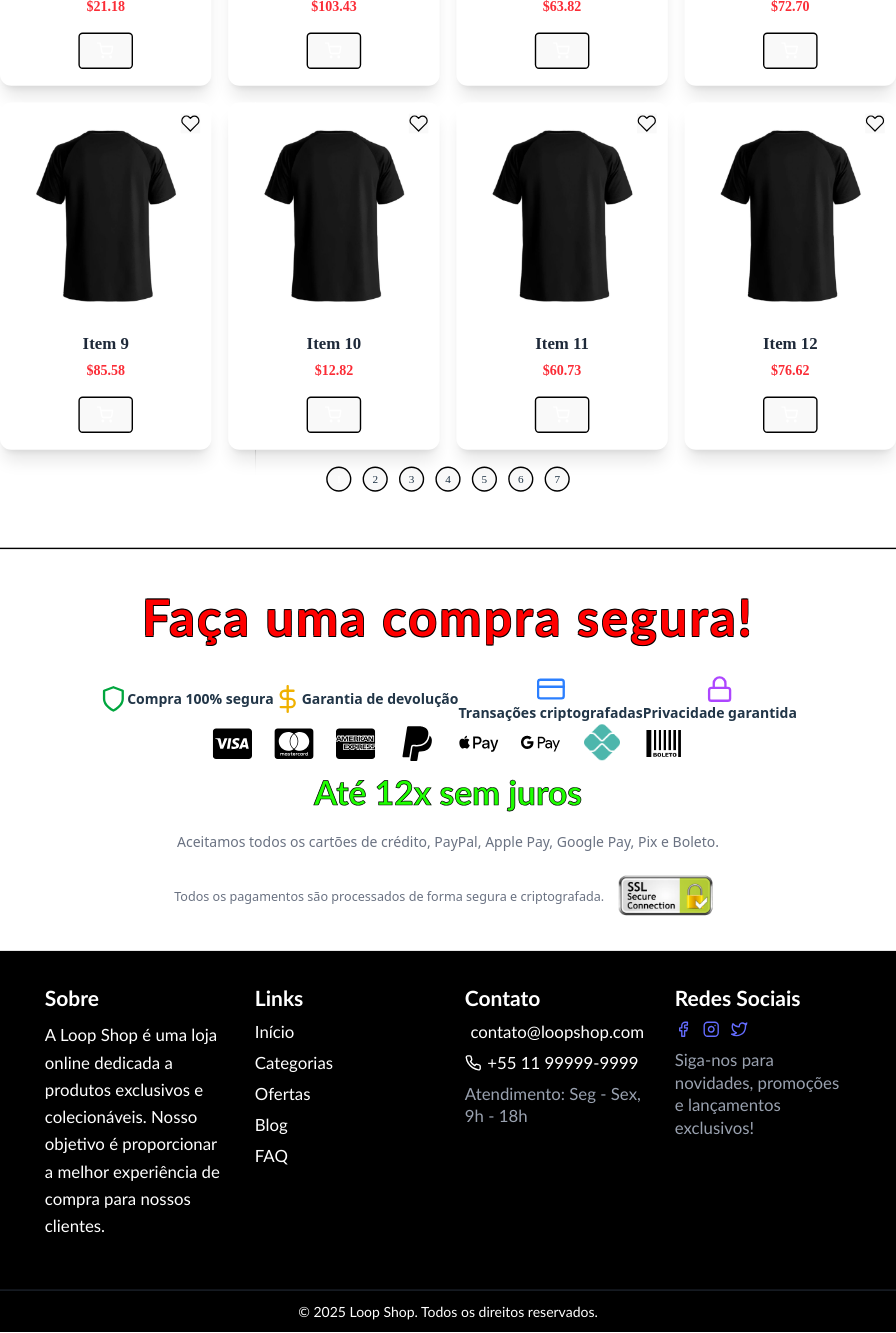
Repository: Kevin-Pro-Codes/looping-e-commerce
Page: / (app in loop-client/)
These files come from the project's save history. The page is drawn as it stood at one moment and after the next save; the edit follows.
The browser window is 1280 px wide. The pictures show the part of the page from y = 1408 to 3328 px (the page is 3312 px tall before and 3328 px after), at 70% of full size.
The project was rebuilt for these pictures with package versions that can differ from the ones it lists, and the page was loaded fresh each time. Also part of the build but not shown: loop-client/vite.config.js.

Above is the page before, as saved 2025-10-02 19:15:11.

After the next save:
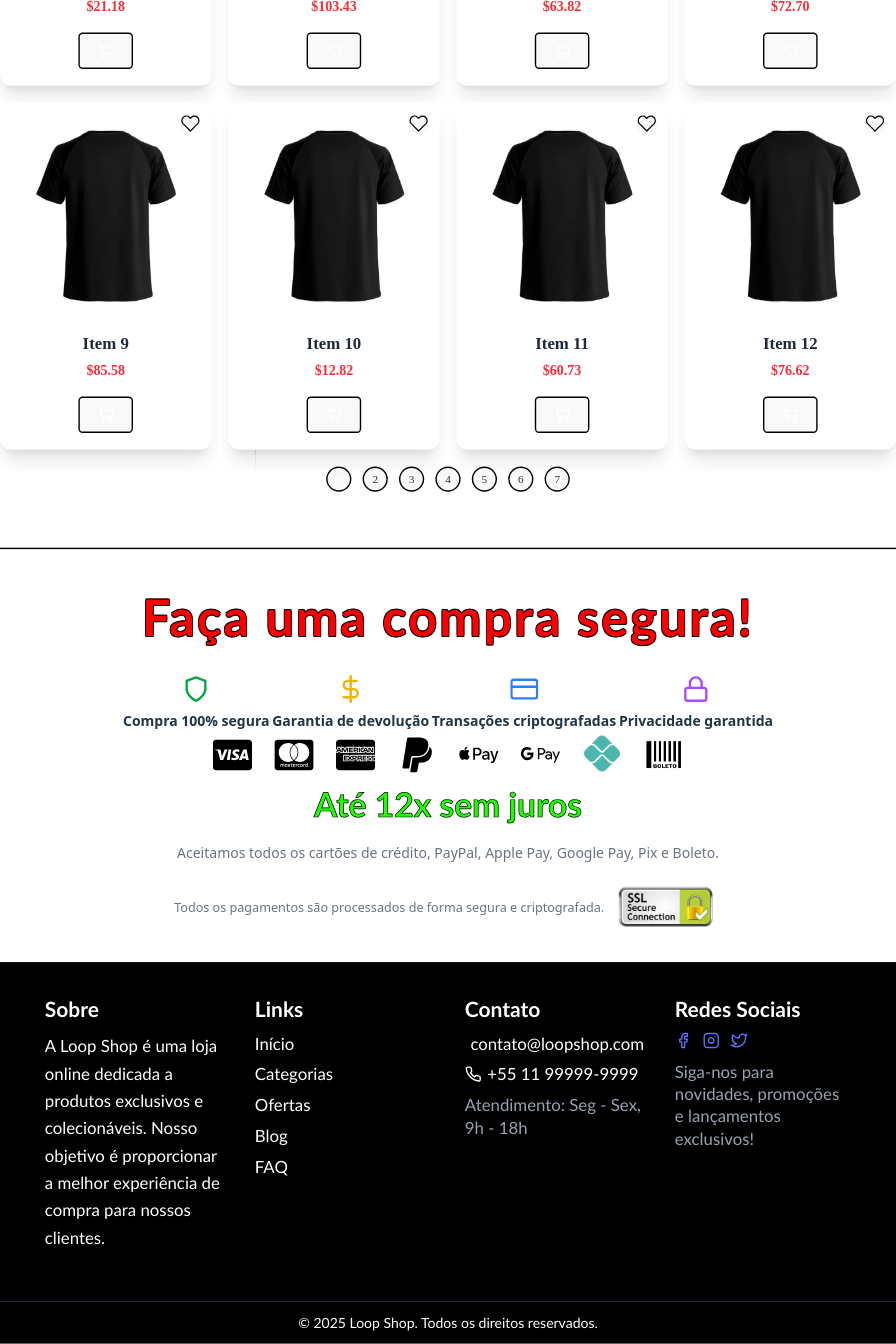
Saved 5 s later.
--- a/loop-client/src/components/Pagamento.jsx
+++ b/loop-client/src/components/Pagamento.jsx
@@ -40,25 +40,25 @@ const Pagamento = () => {
 
 
 
-      {/* Selos de segurança */}
-<div className="flex flex-row items-center justify-center text-center">
-  <div className="flex flex-row items-center gap-0">
-    <FiShield size={40} className="text-green-600" />
-    <p className="text-xl font-semibold m-0">Compra 100% segura</p>
-  </div>
-  <div className="flex flex-row items-center gap-0">
-    <FiDollarSign size={40} className="text-yellow-500" />
-    <p className="text-xl font-semibold m-0">Garantia de devolução</p>
-  </div>
-  <div className="flex flex-col items-center gap-0">
-    <FiCreditCard size={40} className="text-blue-500" />
-    <p className="text-xl font-semibold m-0">Transações criptografadas</p>
-  </div>
-  <div className="flex flex-col items-center gap-0">
-    <FiLock size={40} className="text-purple-500" />
-    <p className="text-xl font-semibold m-0">Privacidade garantida</p>
-  </div>
-</div>
+        {/* Selos de segurança */}
+        <div className="flex flex-col md:flex-row items-center justify-center gap-1 mb-1 text-center">
+          <div className="flex flex-col items-center gap-3">
+            <FiShield size={40} className="text-green-600" />
+            <p className="text-xl font-semibold">Compra 100% segura</p>
+          </div>
+          <div className="flex flex-col items-center gap-3">
+            <FiDollarSign size={40} className="text-yellow-500" />
+            <p className="text-xl font-semibold">Garantia de devolução</p>
+          </div>
+          <div className="flex flex-col items-center gap-3">
+            <FiCreditCard size={40} className="text-blue-500" />
+            <p className="text-xl font-semibold">Transações criptografadas</p>
+          </div>
+          <div className="flex flex-col items-center gap-3">
+            <FiLock size={40} className="text-purple-500" />
+            <p className="text-xl font-semibold">Privacidade garantida</p>
+          </div>
+        </div>
 
         {/* Formas de pagamento */}
         <div className="flex flex-row flex-wrap items-center justify-center gap-8 mb-4">
